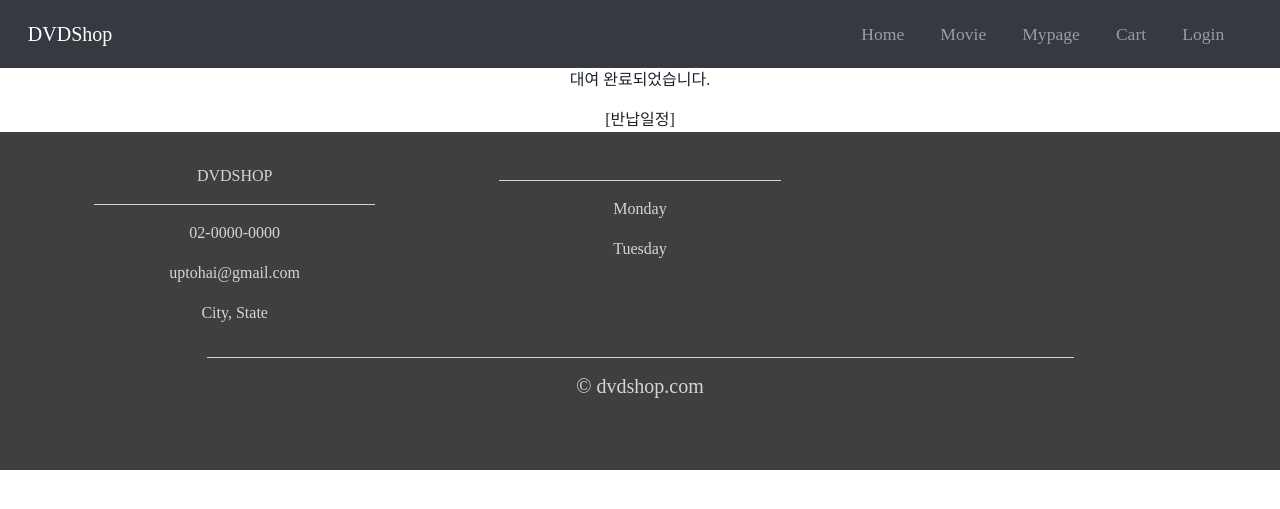
Repository: afterup/dvdshop
Page: http://localhost/shop_project/view/common/movie_rental.jsp
The author's editor kept a copy of each file at every save. The page is drawn from the files as they stood at one save, then again after the next save.
The browser window is 1280 px wide. The pictures show the whole page.
The page is served by Tomcat 9. Other server files are loaded and not shown.

Above is the page before, as saved 2019-08-14 05:43:02.

### shop_project/WebContent/view/common/movie_rental.jsp
<%@ page language="java" contentType="text/html; charset=UTF-8"
	pageEncoding="UTF-8"%>
<!DOCTYPE html>
<html lang="en">

<head>
<meta charset="UTF-8">
<meta name="viewport" content="width=device-width, initial-scale=1.0">
<meta http-equiv="X-UA-Compatible" content="ie=edge">
<title>Document</title>
<!-- 부트스트랩 css-->
<link rel="stylesheet"
	href="https://stackpath.bootstrapcdn.com/bootstrap/4.3.1/css/bootstrap.min.css"
	integrity="sha384-ggOyR0iXCbMQv3Xipma34MD+dH/1fQ784/j6cY/iJTQUOhcWr7x9JvoRxT2MZw1T"
	crossorigin="anonymous">
<!-- 사용자 css-->
<link rel="stylesheet" href="css/style.css">
<script type="text/javascript">
	var d = new Date();
	d.setDate(d.getDate() + 7);
	var currentDate = d.getFullYear() + "년 " + (d.getMonth() + 1) + "월 "
			+ d.getDate() + "일";
	console.log(currentDate);
	var span = document.querySelector("container");
	console.log(span);



</script>
</head>

<body>
	<!-- Navigation -->
	<nav class="navbar navbar-expand-md navbar-dark bg-dark sticky-top">
		<div class="container-fluid">
			<a href="#" class="navbar-brand">DVDShop</a>
			<button class="navbar-toggler" type="button" data-toggle="collapse"
				data-target="#navbarResponsive">
				<span class="navbar-toggler-icon"></span>
			</button>
			<div class="collapse navbar-collapse" id="navbarResponsive">
				<ul class="navbar-nav ml-auto">
					<li class="nav-item"><a class="nav-link" href="movie">Home</a></li>
					<li class="nav-item"><a class="nav-link"
						href="movie?action=moviePage">Movie</a></li>
					<li class="nav-item"><a class="nav-link"
						href="movie?action=mypage">Mypage</a></li>
					<li class="nav-item"><a class="nav-link"
						href="movie?action=cart">Cart</a></li>
					<li class="nav-item"><a href="movie?action=login"
						class="nav-link">Login</a></li>
				</ul>
			</div>
		</div>
	</nav>

	<!-- main-->

	<div class="container text-center">
		<p>대여 완료되었습니다.</p>

		[반납일정]
		<div id="time-result"></div>
	</div>

	<!-- Footer -->
	<footer>
		<div class="container-fluid padding">
			<div class="row text-center">
				<div class="col-md-4">
					DVDSHOP
					<hr class="light">
					<p>02-0000-0000</p>
					<p>uptohai@gmail.com</p>
					<p>City, State</p>
				</div>
				<div class="col-md-4">
					<hr class="light">
					<p>Monday</p>
					<p>Tuesday</p>
				</div>
			</div>
			<div class="col-12">
				<hr class="light">
				<h5 class="text-center">&copy; dvdshop.com</h5>
			</div>
		</div>
	</footer>

	<!-- 부트스트랩 -->
	<script src="https://code.jquery.com/jquery-3.3.1.slim.min.js"
		integrity="sha384-q8i/X+965DzO0rT7abK41JStQIAqVgRVzpbzo5smXKp4YfRvH+8abtTE1Pi6jizo"
		crossorigin="anonymous">

	</script>
	<script
		src="https://cdnjs.cloudflare.com/ajax/libs/popper.js/1.14.7/umd/popper.min.js"
		integrity="sha384-UO2eT0CpHqdSJQ6hJty5KVphtPhzWj9WO1clHTMGa3JDZwrnQq4sF86dIHNDz0W1"
		crossorigin="anonymous">

	</script>
	<script
		src="https://stackpath.bootstrapcdn.com/bootstrap/4.3.1/js/bootstrap.min.js"
		integrity="sha384-JjSmVgyd0p3pXB1rRibZUAYoIIy6OrQ6VrjIEaFf/nJGzIxFDsf4x0xIM+B07jRM"
		crossorigin="anonymous">

	</script>
</body>


</html>

### shop_project/WebContent/css/style.css
html,
body {
    height: 100%;
    width: 100%;
    font-family: "sans-serif";
}

img {
    width: 100%;
}

#adminPage {
    background-color: rgb(250, 249, 242);
}

.navbar {
    padding: .8rem;
}

.navbar-nav li {
    padding-right: 20px;
}

.nav-link {
    font-size: 1.1em !important;
}

.carousel-inner img {
    width: 100%;
    height: 100%;
}

.btn-info {
    background-color: rgb(57, 55, 66);
    color: rgb(240, 240, 240);
    border-color: rgb(57, 55, 66);
}

.jumbotron {
    padding: 1rem;
}

.padding {
    padding-bottom: 2rem;
}

footer {
    background-color: #3f3f3f;
    color: #d5d5d5;
    padding: 2rem;
}

hr.light {
    border-top: 1px solid #d5d5d5;
    width: 75%;
}

After the next save:
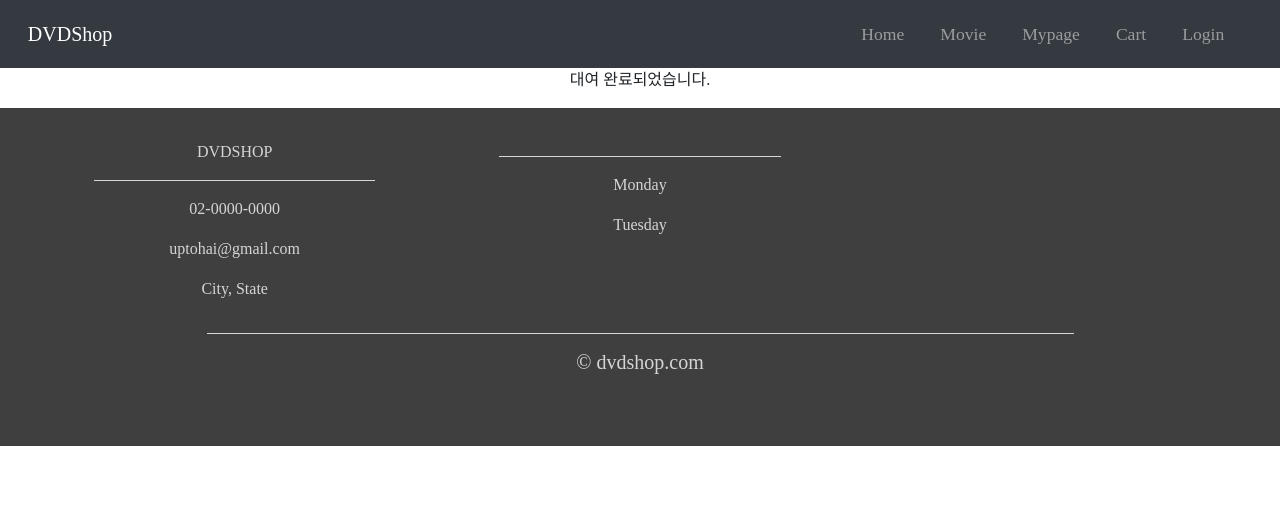
Console error: ReferenceError: $ is not defined
Saved 2 min 30 s later.
--- a/shop_project/WebContent/view/common/movie_rental.jsp
+++ b/shop_project/WebContent/view/common/movie_rental.jsp
@@ -24,6 +24,9 @@
 	var span = document.querySelector("container");
 	console.log(span);
 
+	$(function(){
+		$("#time-result").html("내용");
+	})
 
 
 </script>
@@ -59,7 +62,6 @@
 	<div class="container text-center">
 		<p>대여 완료되었습니다.</p>
 
-		[반납일정]
 		<div id="time-result"></div>
 	</div>
 
